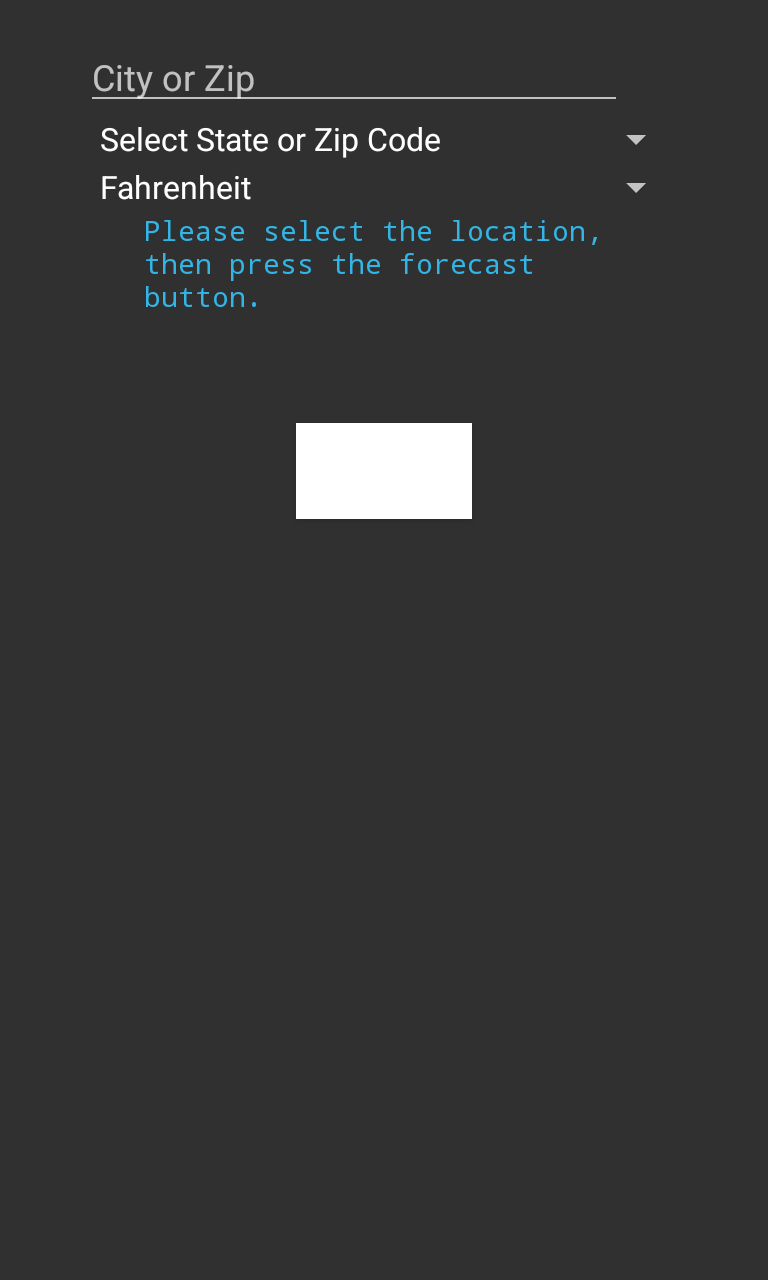
Repository: g80349/Java1
Layout: Week4/Weather/res/layout/activity_main.xml
An editor plug-in stored every save of this project. The layout is shown before and after the next save, followed by the edit.
It is drawn on a 768 x 1280 px phone screen (xhdpi) without system bars, with theme Theme.AppCompat; the app's code is not run.

Above is the layout before, as saved 2014-04-30 23:49:57.

### Week4/Weather/res/layout/activity_main.xml
<RelativeLayout xmlns:android="http://schemas.android.com/apk/res/android"
    xmlns:tools="http://schemas.android.com/tools"
    android:layout_width="match_parent"
    android:layout_height="match_parent"
    android:paddingBottom="@dimen/activity_vertical_margin"
    android:paddingLeft="@dimen/activity_horizontal_margin"
    android:paddingRight="@dimen/activity_horizontal_margin"
    android:paddingTop="@dimen/activity_vertical_margin"
    tools:context="com.example.weather.MainActivity$PlaceholderFragment" >

    <EditText
        android:id="@+id/edit_city"
        android:layout_width="300dp"
        android:layout_height="wrap_content"
        android:layout_alignLeft="@+id/state"
        android:layout_alignRight="@+id/forecast"
        android:hint="@string/cityText" />

    <Spinner
        android:id="@+id/state"
        android:layout_width="300dp"
        android:layout_height="wrap_content"
        android:layout_below="@+id/edit_city"
        android:layout_centerHorizontal="true"
        android:entries="@array/state_array" />

    <Spinner
        android:id="@+id/measurement"
        android:layout_width="300dp"
        android:layout_height="wrap_content"
        android:layout_alignLeft="@+id/state"
        android:layout_below="@+id/state"
        android:entries="@array/measurement_array" />

    <TextView
        android:id="@+id/forecast"
        android:layout_width="240dp"
        android:layout_height="wrap_content"
        android:layout_below="@+id/measurement"
        android:layout_centerHorizontal="true"
        android:text="@string/forecast_text"
        style="@style/textStyle"/>

    <Button
        android:id="@+id/enter"
        android:layout_width="wrap_content"
        android:layout_height="wrap_content"
        android:layout_below="@+id/forecast"
        android:layout_centerHorizontal="true"
        android:layout_marginTop="54dp"
        android:hint="@string/enter_button"
        android:onClick="onClick"
        style="@style/buttonStyle"/>

</RelativeLayout>

### Week4/Weather/res/values/strings.xml
<?xml version="1.0" encoding="utf-8"?>
<resources>

    <string name="app_name">Weather</string>
    <string name="forecast_text">Please select the location, then press the forecast button.</string>
    <string name="action_settings">Settings</string>

    <string name="cityText">City or Zip</string>
    <string-array name="state_array">
        <item>Select State or Zip Code</item>
        <item>Zip Code</item>
        <item>AL</item>
        <item>AK</item>
        <item>AZ</item>
        <item>AR</item>
        <item>CA</item>
        <item>CO</item>
        <item>CT</item>
        <item>DE</item>
        <item>FL</item>
        <item>GA</item>
        <item>HI</item>
        <item>ID</item>
        <item>IL</item>
        <item>IN</item>
        <item>IA</item>
        <item>KS</item>
        <item>KY</item>
        <item>LA</item>
        <item>ME</item>
        <item>MD</item>
        <item>MA</item>
        <item>MI</item>
        <item>MN</item>
        <item>MS</item>
        <item>MO</item>
        <item>MT</item>
        <item>NE</item>
        <item>NV</item>
        <item>NH</item>
        <item>NJ</item>
        <item>NM</item>
        <item>NY</item>
        <item>NC</item>
        <item>ND</item>
        <item>OH</item>
        <item>OK</item>
        <item>OR</item>
        <item>PA</item>
        <item>RI</item>
        <item>SC</item>
        <item>SD</item>
        <item>TN</item>
        <item>TX</item>
        <item>UT</item>
        <item>VT</item>
        <item>VA</item>
        <item>WA</item>
        <item>WV</item>
        <item>WI</item>
        <item>WY</item>
    </string-array>
    <string-array name="measurement_array">
        <item>Fahrenheit</item>
        <item>Celcius</item>
    </string-array>

    <string name="enter_button">Get Forecast</string>

</resources>

### Week4/Weather/res/values/styles.xml
<resources xmlns:android="http://schemas.android.com/apk/res/android">

    <!--
        Base application theme, dependent on API level. This theme is replaced
        by AppBaseTheme from res/values-vXX/styles.xml on newer devices.
    -->
    <style name="AppBaseTheme" parent="Theme.AppCompat.Light">
        <!--
            Theme customizations available in newer API levels can go in
            res/values-vXX/styles.xml, while customizations related to
            backward-compatibility can go here.
        -->
    </style>


        <style name="textStyle" parent="@style/Theme.AppCompat">
			<item name="android:layout_width">fill_parent</item>
			<item name="android:layout_height">wrap_content</item>
			<item name="android:textColor">#33B5E5</item>
			<item name="android:typeface">monospace</item>
		</style>
		<style name="buttonStyle" parent="@style/Theme.AppCompat">
		    <item name="android:layout_width">fill_parent</item>
			<item name="android:layout_height">wrap_content</item>
			<item name="android:background">#FFFFFF</item>
			<item name="android:typeface">monospace</item>
			<item name="android:width">40dp</item>
			<item name="android:textColor">#33B5E5</item>
		</style>
    <!--</style>-->

</resources>

Loaded but not shown: Week4/Weather/res/values/dimens.xml (common file); Week4/Weather/res/values-w820dp/dimens.xml (common file)

After the next save:
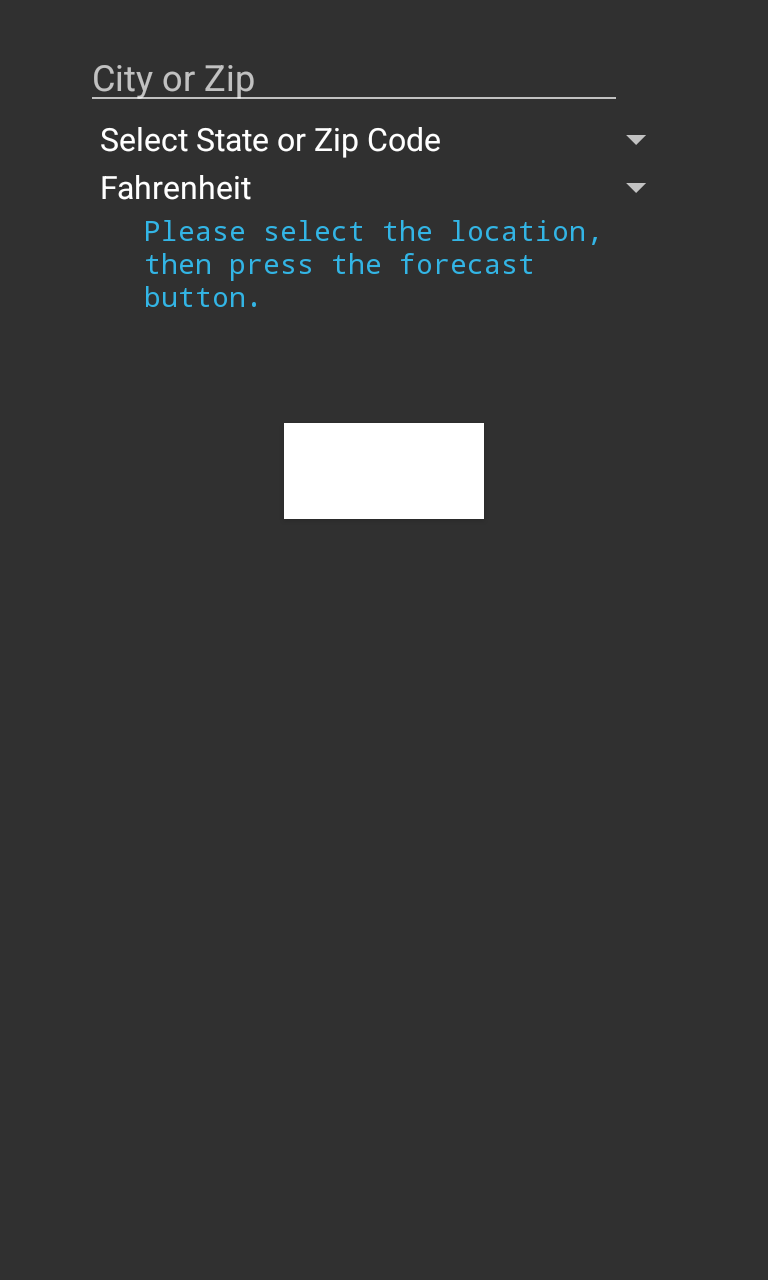
Saved 32 s later.
--- a/Week4/Weather/res/values/styles.xml
+++ b/Week4/Weather/res/values/styles.xml
@@ -24,7 +24,7 @@
 			<item name="android:layout_height">wrap_content</item>
 			<item name="android:background">#FFFFFF</item>
 			<item name="android:typeface">monospace</item>
-			<item name="android:width">40dp</item>
+			<item name="android:width">100dp</item>
 			<item name="android:textColor">#33B5E5</item>
 		</style>
     <!--</style>-->
